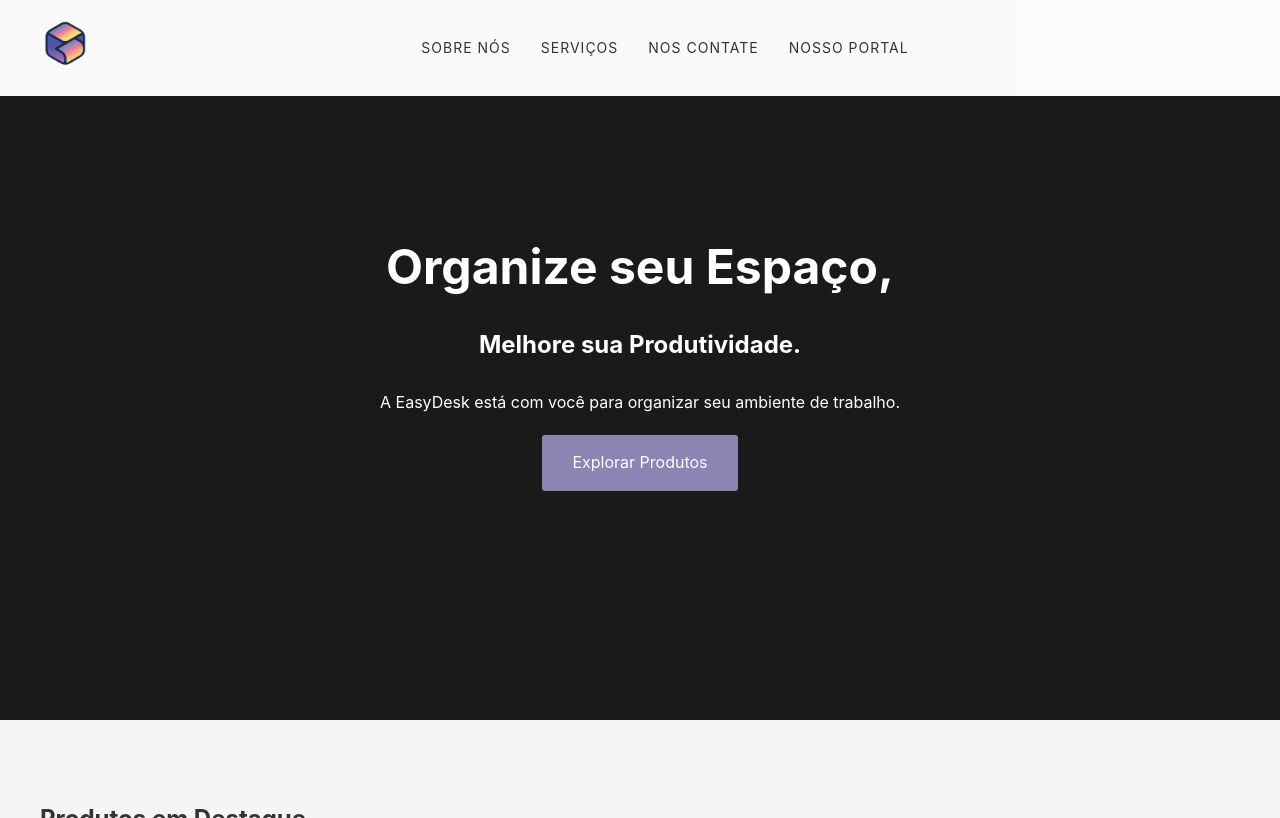
Repository: Gabrielb0rn/0EasyDesk.io
Page: index.html
The author's editor kept a copy of each file at every save. The page is drawn from the files as they stood at one save, then again after the next save.
The browser window is 1280 px wide. The pictures show the part of the page from y = 0 to 818 px (the page is 1927 px tall).
A picture or video elsewhere on the page could not be fetched, so the positions and the page height are approximate.

Above is the page before, as saved 2024-10-31 15:10:46.

After the next save:
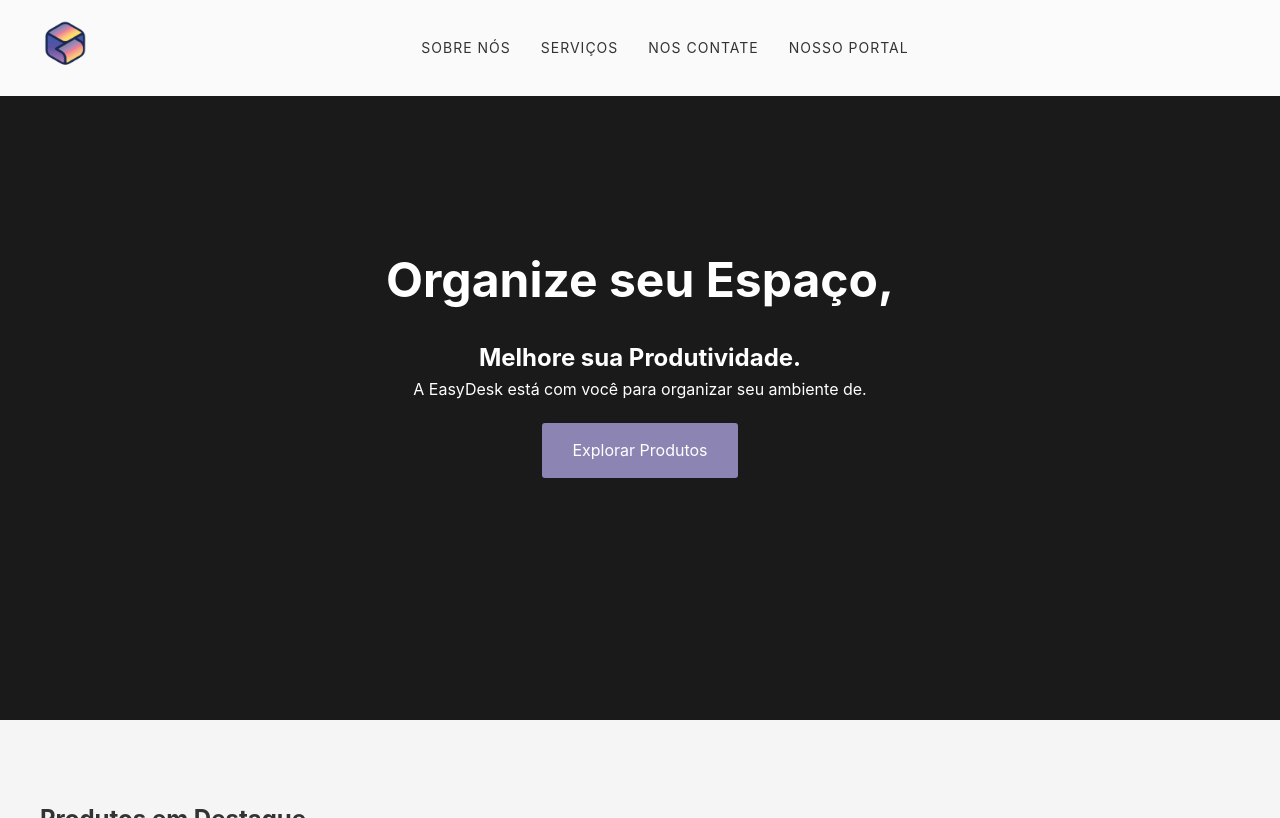
Saved 8 s later.
--- a/index.html
+++ b/index.html
@@ -29,8 +29,9 @@
     <!-- Hero Section com Imagem Full-width -->
     <section class="hero">
         <div class="hero-content">
-            <h1>Organize seu Espaço,<br><h2> Melhore sua Produtividade.</h2></h1><br>
-            <p>A EasyDesk está com você para organizar seu ambiente de trabalho.</p>
+            <h1>Organize seu Espaço,</h1>
+            <h2> Melhore sua Produtividade.</h2>
+            <p>A EasyDesk está com você para organizar seu ambiente de.</p>
             <a href="/produtos" class="cta-button">Explorar Produtos</a>
         </div>
     </section>
